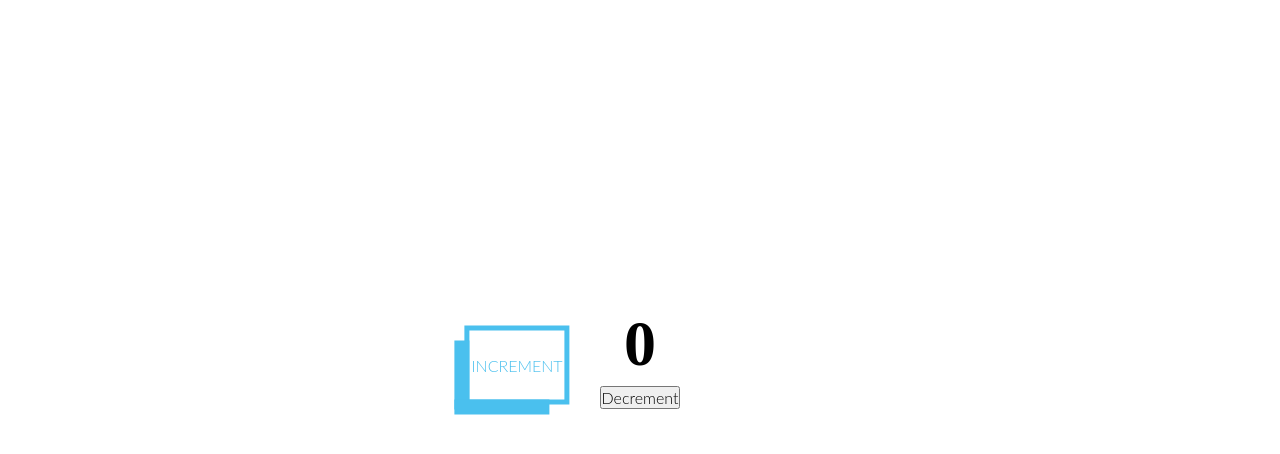
Repository: Ellisvelandia/react_introduction_test
Page: /
These files come from the project's save history. The page is drawn as it stood at one moment and after the next save; the edit follows.
The browser window is 1280 px wide. The pictures show the whole page.
The project was rebuilt for these pictures with package versions that can differ from the ones it lists, and the page was loaded fresh each time. Also part of the build but not shown: src/index.css.

Above is the page before, as saved 2022-08-15 20:10:22.

After the next save:
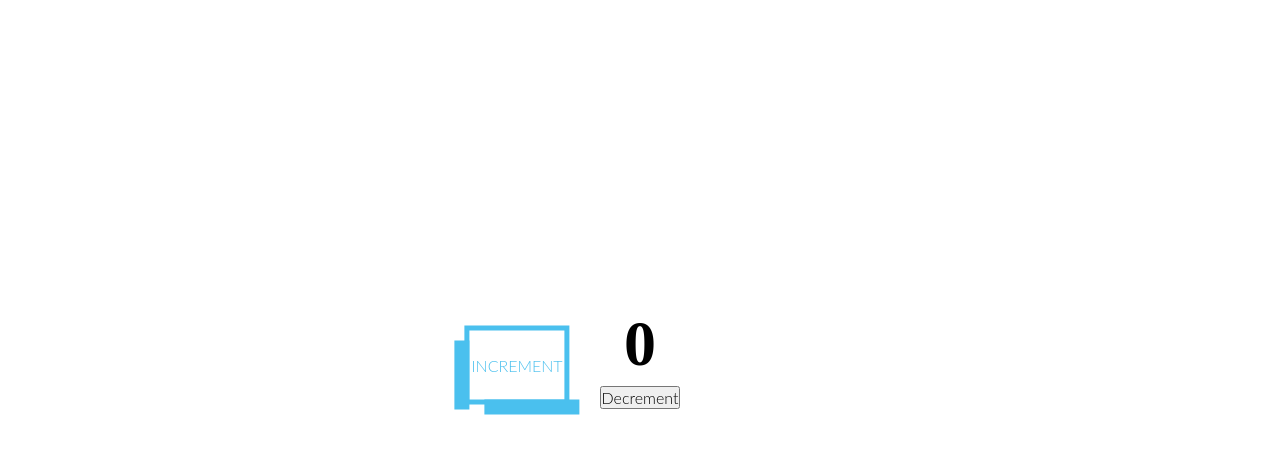
Saved 8 s later.
--- a/src/App.scss
+++ b/src/App.scss
@@ -73,7 +73,7 @@ button {
     width: 100%;
     background: #4ac0ee;
     right: 0px;
-    left: -15px;
+    left: 15px;
     height: 15px;
   }
 
